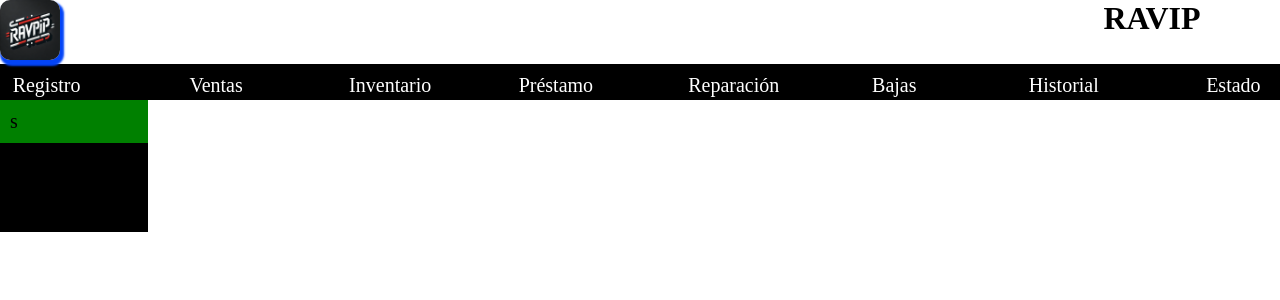
Repository: ye909/RAVPIP
Page: index.html
The author's editor kept a copy of each file at every save. The page is drawn from the files as they stood at one save, then again after the next save.
The browser window is 1280 px wide. The pictures show the whole page.

Above is the page before, as saved 2025-04-03 13:02:25.

### index.html
<!DOCTYPE html>
<html lang="es">
<head>
    <meta charset="UTF-8">
    <meta name="viewport" content="width=device-width, initial-scale=1.0">
    <title>Estado</title>
    <link rel="stylesheet" href="./src/css/heder.css">
</head>
<body>

    <div class="containerTituloLogo">
        <div><img src="./src/imagenes/logo2.webp" alt="Logo" class="imglogo"></div>
        <h1>RAVIP</h1>

    </div>
    <nav>
        <ul>
            <li><a href="./src/templei/registroPortatil.html" target="_self" aria-label="Abrir Registro">Registro</a></li>
            <li><a href="./src/templei/ventasPortatil.html" target="_self" aria-label="Abrir Ventas">Ventas</a></li>
            <li><a href="">Inventario</a></li>
            <li><a href="./src/templei/prestamoPortatil.html" target="_self" aria-label="Abrir >Préstamo">Préstamo</a></li>
            <li><a href="./src/templei/reparacionPortatil.html" target="_self" aria-label="Abrir Reparación">Reparación</a></li>
            <li><a href="./src/templei/bajasPortatil.html" target="_self" aria-label="Abrir Bajas">Bajas</a></li>
            <li><a href="./src/templei/historial.html" target="_self" aria-label="Abrir Historial">Historial</a></li>
            <li><a href="" id="itemEstado"target="_self" aria-label="Abrir Estado">Estado</a></li>
        </ul>
    </nav>

       <aside>
        <div class="cajaverde">s</div>
       <div class="sudmenu">
        <div>d</div>
        <div>c</div>
        <div></div>
        <div>v</div>
       </div>
       </aside>
       <section>

       </section>
<!--


    <div class="containerProgreso" id="containerProgreso">
        <div class="subcontainerProgreso"><p id="contadorProgreso1"><span class="tituloProceso">Historial</span> <br> 0%</p></div>
        <div class="subcontainerProgreso"><p id="contadorProgreso2"><span class="tituloProceso">Reparado</span> <br> 0%</p></div>
        <div class="subcontainerProgreso"><p id="contadorProgreso3"><span class="tituloProceso">Nuevo</span> <br> 0%</p></div>
        <div class="subcontainerProgreso"><p id="contadorProgreso4"><span class="tituloProceso">Disponible</span> <br> 0%</p></div>
        <div class="subcontainerProgreso"><p id="contadorProgreso5"><span class="tituloProceso">Stock</span> <br> 0%</p></div>
    </div>

    <div>
        <aside>
<div>color verde</div>

        </aside>
    </div> -->
    <script src="./src/js/heder.js"></script>
</body>
</html>

### src/css/heder.css
*{
  margin: 0;
  padding: 0;
  background-attachment: fixed;
  background-size: cover;
  transition:0.6 ;
}
.containerTituloLogo {
  display: flex;
  justify-content: space-between;
}
.containerTituloLogo h1 {
  font-size: clamp(2rem, 6vw ,2rem );
  text-align: center;
  flex-grow: 1;

}
.containerTituloLogo img{
width: min(60px, 100%);
border-radius:10px ;
box-shadow: 2px 4px 2px 2px rgb(3, 68, 247);
}
nav{
  width: 100%;
  background:black;
  height: 5vh;

}
ul{
  display: flex;
  justify-content: space-between;
  text-align: center;
  flex-flow: row;
  flex-wrap: wrap;
  padding: 10px;
  list-style: none;
}
li{
  width: 5.8%;
  height: 3.8vh;
}
li:hover{
  background:rgb(3, 151, 3);

}
 a{
  text-decoration: none;
  font-size: 20px;;
}
aside{
  font-size: 20px;

}
:is(.colormenu,.sudmenu){
  background:black;
}
:is(a,.aside){
  color:white;
}
:is(.colormenu,.cajaverde,.sudmenu){
  width: 10%;
  padding: 10px;
}

.cajaverde{

  background:green;
}

/*


header {
    background-color: #f8f9fa;
    padding: 5px;
    border-bottom: 1px solid #dddddd;
    display: flex;
    flex-direction: column;
    align-items: center;
    gap: 10px;
}


.containerTituloLogo,.containerProgreso{
    display: flex;
    justify-content: center;
    align-items: center;
    gap: 20px;
    flex-wrap: wrap;
    width: 100%;
    padding: 20px;
}
.imglogo {
    object-fit: cover;
    width: 70px;
    height: auto;
    flex-shrink: 0;
    border-radius: 6px;
}

nav ul {
    display: flex;
    justify-content: center;
    gap: 15px;
    list-style: none;
    padding: 0;
    margin: 0;
    flex-wrap: wrap;
}

nav ul li {

    padding: 5px 10px;
    cursor: pointer;
}
a{
    text-decoration: none;
}
a:hover{
    border-bottom:black 2px solid;
}
.containerProgreso{


    display: none;
}

 .containerProgreso p {
    text-align: center;
    font-size: clamp(0.7rem, 7vw ,0.7rem );
    font-weight: bolder;
}

 .subcontainerProgreso{
    width: 4%;
    height: 7vh;
    background: rgb(254, 251, 251);
    padding: 10px;
    border-radius: 80px;
 box-shadow: 1px 1px 1px 1px black;
    border-top: 2px solid #0817f5;
    border-left: 2px solid #1bf806;
} */
<<<<<<< HEAD

  /* Estilo general
  body {
    font-family: 'Arial', sans-serif;
    background-color: #f4f4f4;
    color: #333;
  }

  Estilo de la cabecera
  header {
    background-color: #333;
    color: white;
    padding: 20px 0;
    display: flex;
    justify-content: space-between;
    align-items: center;
    padding: 10px 20px;
  }

  header .logo h1 {
    font-size: 30px;
  }

  header nav ul {
    list-style: none;
    display: flex;
    gap: 20px;
  }

  header nav ul li a {
    text-decoration: none;
    color: white;
    font-weight: bold;
  }

  Estilo de la sección de tarjetas
  .product-cards {
    padding: 50px 20px;
    text-align: center;
    background-color: #fff;
  }

  .product-cards h2 {
    margin-bottom: 30px;
    font-size: 28px;
  }

  .cards-container {
    display: grid;
    grid-template-columns: repeat(auto-fill, minmax(250px, 1fr));
    gap: 20px;
    justify-items: center;
  }

  .card {
    background-color: #fff;
    border-radius: 10px;
    box-shadow: 0 2px 10px rgba(0, 0, 0, 0.1);
    overflow: hidden;
    width: 300px;
    text-align: center;
    padding: 20px;
  }

  .card img {
    width: 100%;
    height: auto;
    border-radius: 10px;
  }

  .card h3 {
    margin: 15px 0;
    font-size: 22px;
  }

  .card p {
    font-size: 16px;
    margin-bottom: 20px;
  }

  .card button {
    background-color: #333;
    color: white;
    border: none;
    padding: 10px 20px;
    font-size: 16px;
    cursor: pointer;
    border-radius: 5px;
  }

  .card button:hover {
    background-color: #555;
  }

  /* Estilo de pie de página
  footer {
    background-color: #333;
    color: white;
    padding: 20px;
    text-align: center;
  }



.card img{
  object-fit: cover;
  width: min(100px,80%);
}
footer{
    display: flex;

}
.footer-content p {
    font-size: clamp(0.5m, 1vw, 0.6rem);
  }
=======

>>>>>>> alexcasa

### src/js/heder.js




// const itemEstado=document.getElementById('itemEstado');
// const containerProgreso=document.getElementById('containerProgreso');


// itemEstado.addEventListener('click',(e)=>{
//     e.preventDefault();
//     containerProgreso.style.display='inline';
//     containerProgreso.style.display='flex';
// });


// // Si deseas agregar una funcionalidad adicional como redirigir al usuario al hacer clic en los botones, puedes usar este código.

// const buttons = document.querySelectorAll('.card button');

// buttons.forEach(button => {
//   button.addEventListener('click', () => {
//     alert('Serás redirigido a la página del producto.');
//     // Aquí puedes redirigir al usuario a la página del producto
//     // window.location.href = 'producto.html'; // Por ejemplo
//   });
// });

After the next save:
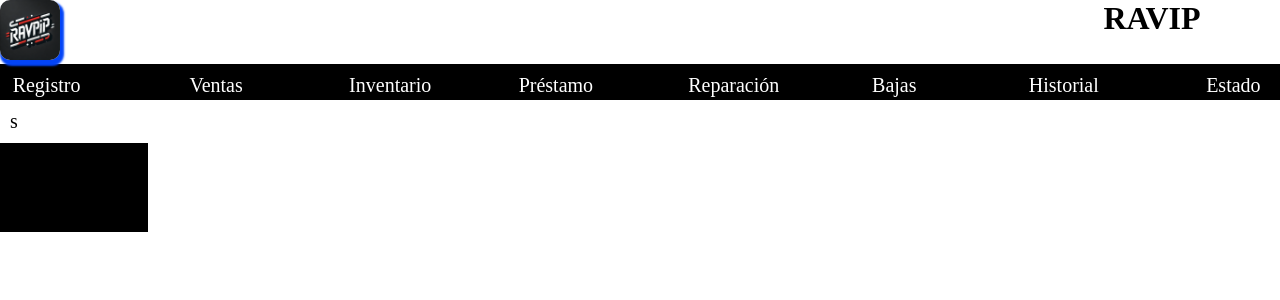
Saved 77 s later.
--- a/src/css/heder.css
+++ b/src/css/heder.css
@@ -61,8 +61,7 @@
   width: 10%;
   padding: 10px;
 }
-
-.cajaverde{
+is(li:hover,.cajaverde){
 
   background:green;
 }

After the save that followed:
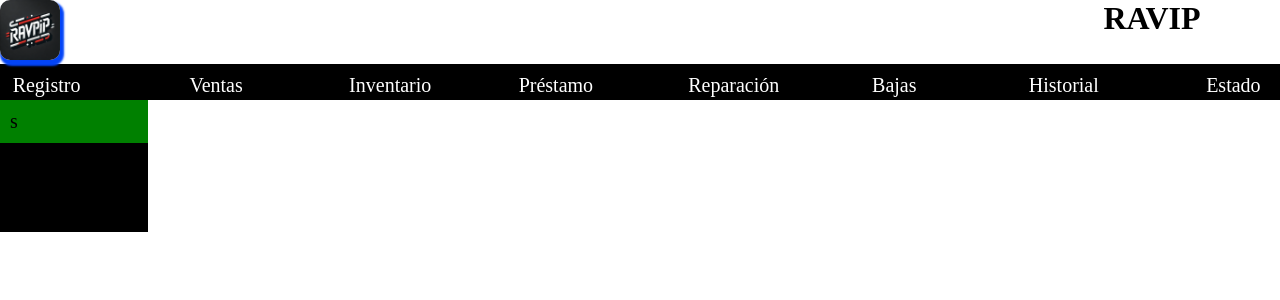
Saved 9 s later.
--- a/src/css/heder.css
+++ b/src/css/heder.css
@@ -61,7 +61,7 @@
   width: 10%;
   padding: 10px;
 }
-is(li:hover,.cajaverde){
+:is(li:hover,.cajaverde){
 
   background:green;
 }
